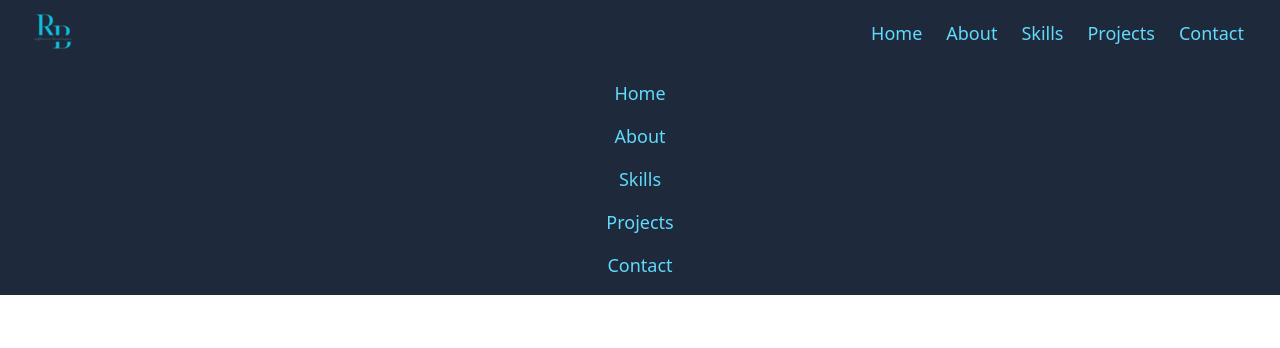
Repository: RawanBarakat-hub/portfolio
Page: /
The author's editor kept a copy of each file at every save. The page is drawn from the files as they stood at one save, then again after the next save.
The browser window is 1280 px wide. The pictures show the whole page.
The project was rebuilt for these pictures with package versions that can differ from the ones it lists, and the page was loaded fresh each time. Also part of the build but not shown: vite.config.ts.

Above is the page before, as saved 2026-02-19 03:24:34.

After the next save:
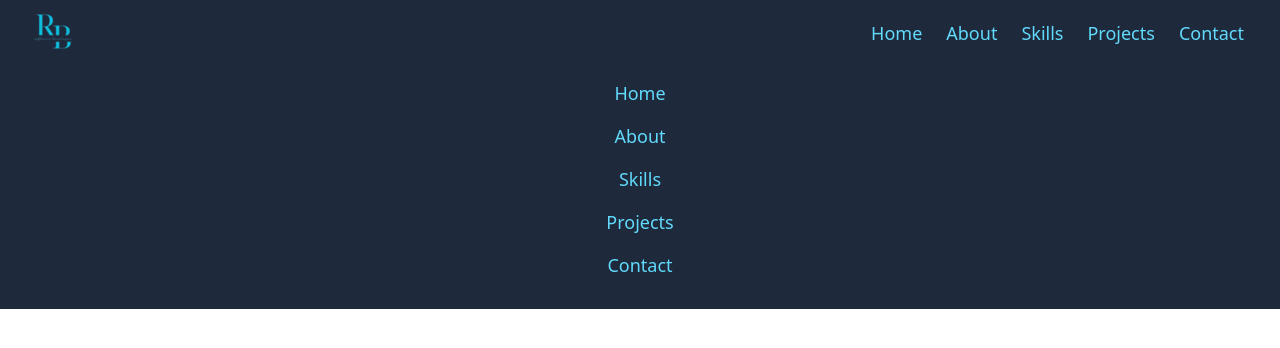
Saved 60 s later.
--- a/src/components/NavBar.tsx
+++ b/src/components/NavBar.tsx
@@ -26,7 +26,7 @@
                 alt={`${!show?bar_icon.alternative:cancel_icon.alternative}`} /></button>
             </nav>
             <div className={`${show ? "-left-full" :"left-1/2"} absolute top-16.5
-            -translate-x-1/2 pt-3.5 bg-background-color w-full transition-all`}>
+            -translate-x-1/2 py-3.5 bg-background-color w-full transition-all`}>
                 <ul className="text-center">
                         {nav_links?.map((link,index)=>{
                             return <li key={index} className="mb-4">
